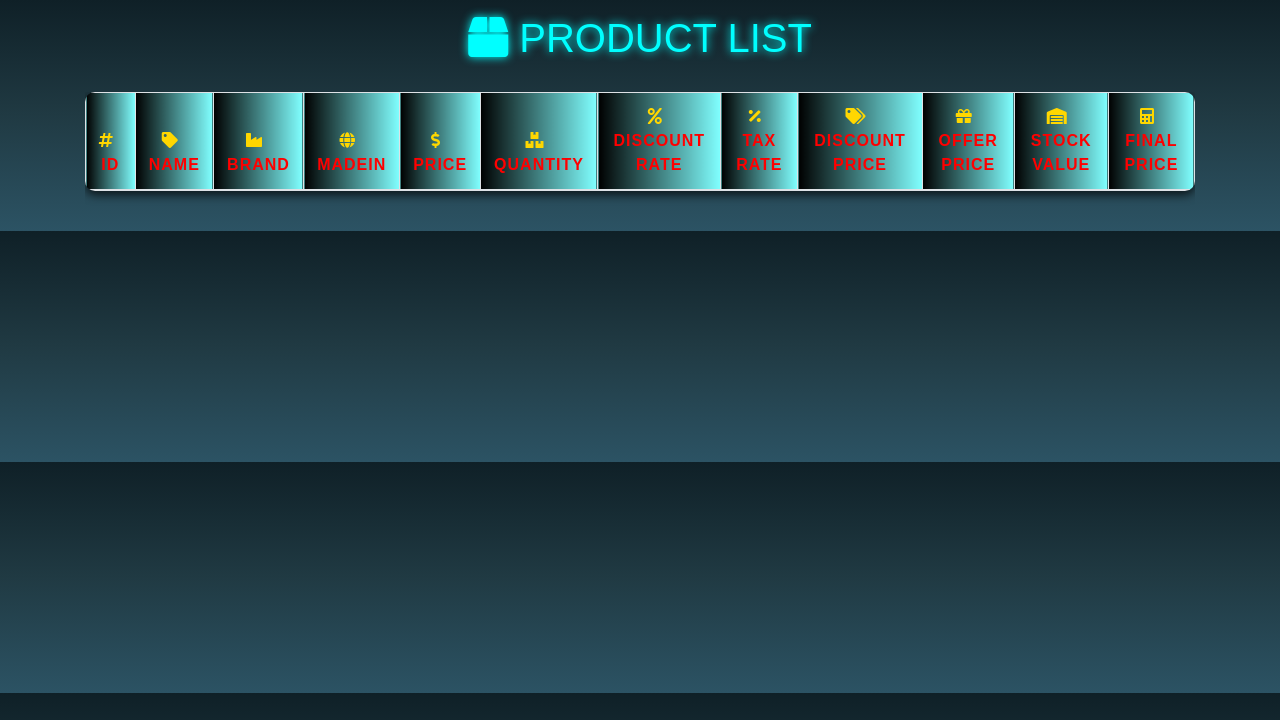
Repository: Ravi-kishor-09/Ravi-projects
Page: http://localhost/product-list
These files come from the project's save history. The page is drawn as it stood at one moment and after the next save; the edit follows.
The browser window is 1280 px wide. The pictures show the whole page.
The page is this project's Thymeleaf template; nobody is signed in. The template is opened directly, without the code that normally fills it, so the values that code supplies are empty.

Above is the page before, as saved 2024-12-20 19:29:05.

### spring1/src/main/resources/templates/product-list.html
<!DOCTYPE html>
<html lang="en">
<head>
    <meta charset="UTF-8">
    <meta name="viewport" content="width=device-width, initial-scale=1.0">
    <title>Product List</title>
    <!-- Bootstrap CSS -->
    <link href="https://maxcdn.bootstrapcdn.com/bootstrap/4.5.2/css/bootstrap.min.css" rel="stylesheet">
    <!-- Font Awesome for Icons -->
    <link href="https://cdnjs.cloudflare.com/ajax/libs/font-awesome/5.15.4/css/all.min.css" rel="stylesheet">
    <style>
        /* General Styles */
        body {
            background: linear-gradient(to bottom, #0f2027, #203a43, #2c5364);
            color: white;
            font-family: 'Arial', sans-serif;
        }
        h1 {
            color: aqua;
            margin-bottom: 20px;
            text-shadow: 0 0 10px aqua;
            animation: text-jump 2s infinite;
        }
        @keyframes text-jump {
            0%, 100% { transform: translateY(0); }
            50% { transform: translateY(-10px); }
        }

        /* Table Styles */
        table {
            background-color: rgba(0, 0, 0, 0.8);
            border-radius: 10px;
            overflow: hidden;
            box-shadow: 0 4px 10px rgba(0, 0, 0, 0.7);
        }
        thead th {
            background: linear-gradient(90deg, rgb(0, 0, 0), rgb(128, 255, 255));
            color: rgb(255, 0, 0);
            font-weight:bolder;
            text-transform: uppercase;
            letter-spacing: 1px;
        }
        tbody td {
            color: #d4f3ef;
        }
        tbody tr {
            transition: background-color 0.3s, transform 0.3s;
        }
        tbody tr:hover {
            background: #333;
            transform: scale(1.02);
            cursor: pointer;
        }

        /* Column Icons */
        .icon {
            color: gold;
            margin-right: 8px;
        }

        /* Button and Interaction Styles */
        .btn {
            border: none;
            color: white;
            background: linear-gradient(90deg, #56ab2f, #a8e063);
            padding: 8px 15px;
            border-radius: 20px;
            transition: all 0.3s ease-in-out;
        }
        .btn:hover {
            background: linear-gradient(90deg, #a8e063, #56ab2f);
            box-shadow: 0 0 10px #a8e063;
        }

        /* Row Glow Effect */
        tbody tr:hover td {
            text-shadow: 0 0 8px #39ff14;
        }

        /* Responsive Styles */
        @media (max-width: 768px) {
            h1 {
                font-size: 1.5rem;
            }
            table {
                font-size: 0.9rem;
            }
        }
    </style>
</head>
<body>
    <div class="container text-center py-4">
        <h1><i class="fas fa-box"></i> PRODUCT LIST</h1>
        <div class="table-responsive">
            <table class="table table-bordered table-hover">
                <thead>
                    <tr>
                        <th><i class="fas fa-hashtag icon"></i>Id</th>
                        <th><i class="fas fa-tag icon"></i>Name</th>
                        <th><i class="fas fa-industry icon"></i>Brand</th>
                        <th><i class="fas fa-globe icon"></i>MadeIn</th>
                        <th><i class="fas fa-dollar-sign icon"></i>Price</th>
                        <th><i class="fas fa-boxes icon"></i>Quantity</th>
                        <th><i class="fas fa-percent icon"></i>Discount Rate</th>
                        <th><i class="fas fa-percentage icon"></i>Tax Rate</th>
                        <th><i class="fas fa-tags icon"></i>Discount Price</th>
                        <th><i class="fas fa-gift icon"></i>Offer Price</th>
                        <th><i class="fas fa-warehouse icon"></i>Stock Value</th>
                        <th><i class="fas fa-calculator icon"></i>Final Price</th>
                    </tr>
                </thead>
                <tbody>
                    <tr th:each="product : ${products}">
                        <td th:text="${product.Id}"></td>
                        <td th:text="${product.Name}"></td>
                        <td th:text="${product.Brand}"></td>
                        <td th:text="${product.MadeIn}"></td>
                        <td th:text="${product.price}"></td>
                        <td th:text="${product.Quantity}"></td>
                        <td th:text="${product.discountRate}"></td>
                        <td th:text="${product.taxRate}"></td>
                        <td th:text="${product.discountprice}"></td>
                        <td th:text="${product.offerprice}"></td>
                        <td th:text="${product.stockvalue}"></td>
                        <td th:text="${product.finalprice}"></td>
                    </tr>

                </tbody>
            </table>
        </div>
    </div>
</body>
</html>

After the next save:
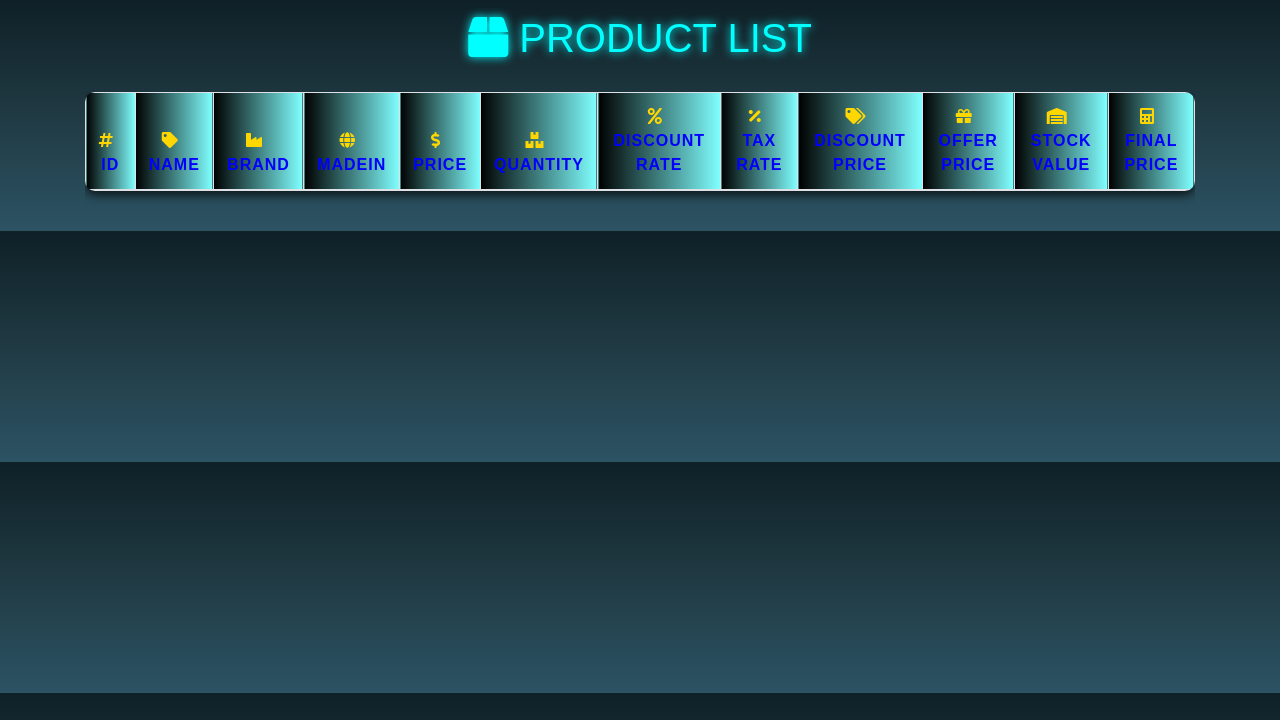
Saved 9 s later.
--- a/spring1/src/main/resources/templates/product-list.html
+++ b/spring1/src/main/resources/templates/product-list.html
@@ -35,7 +35,7 @@
         }
         thead th {
             background: linear-gradient(90deg, rgb(0, 0, 0), rgb(128, 255, 255));
-            color: rgb(255, 0, 0);
+            color: rgb(0, 0, 255);
             font-weight:bolder;
             text-transform: uppercase;
             letter-spacing: 1px;
